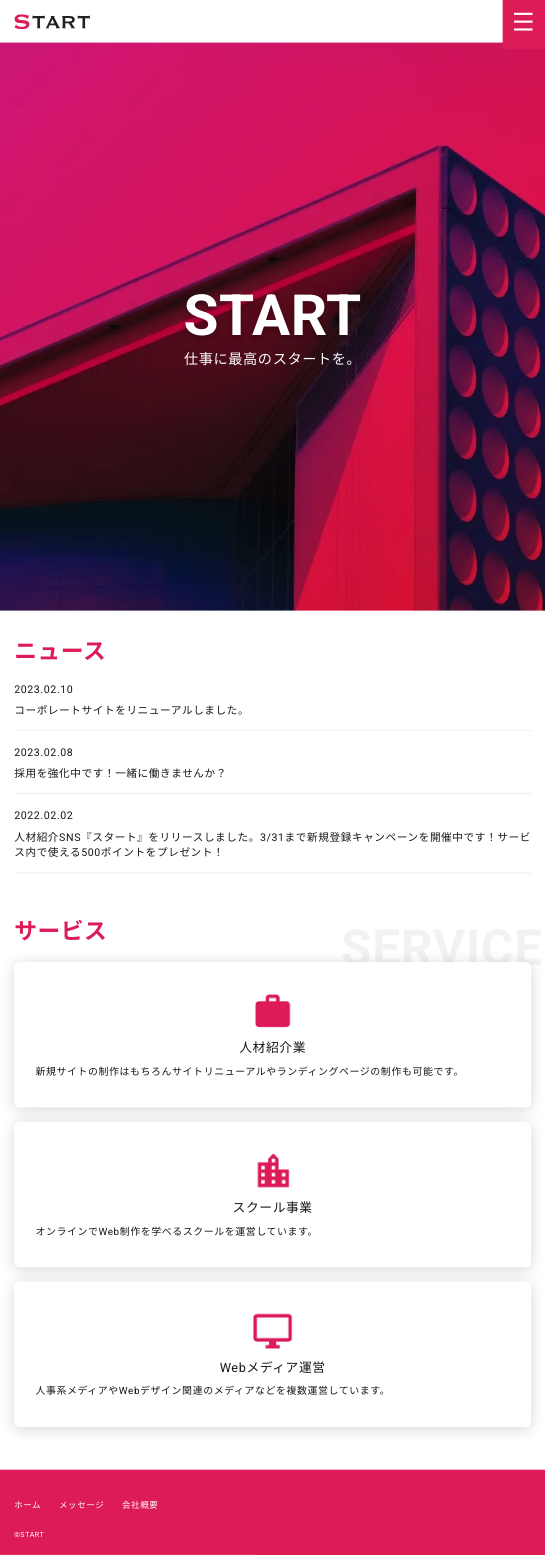
Repository: tetishi/tetishi.github.io
Page: index.html
An editor plug-in stored every save of this project. The page is shown before and after the next save, followed by the edit.
The browser window is 768 px wide. The pictures show the whole page, at 71% of full size.

Above is the page before, as saved 2023-07-02 21:51:03.

After the next save:
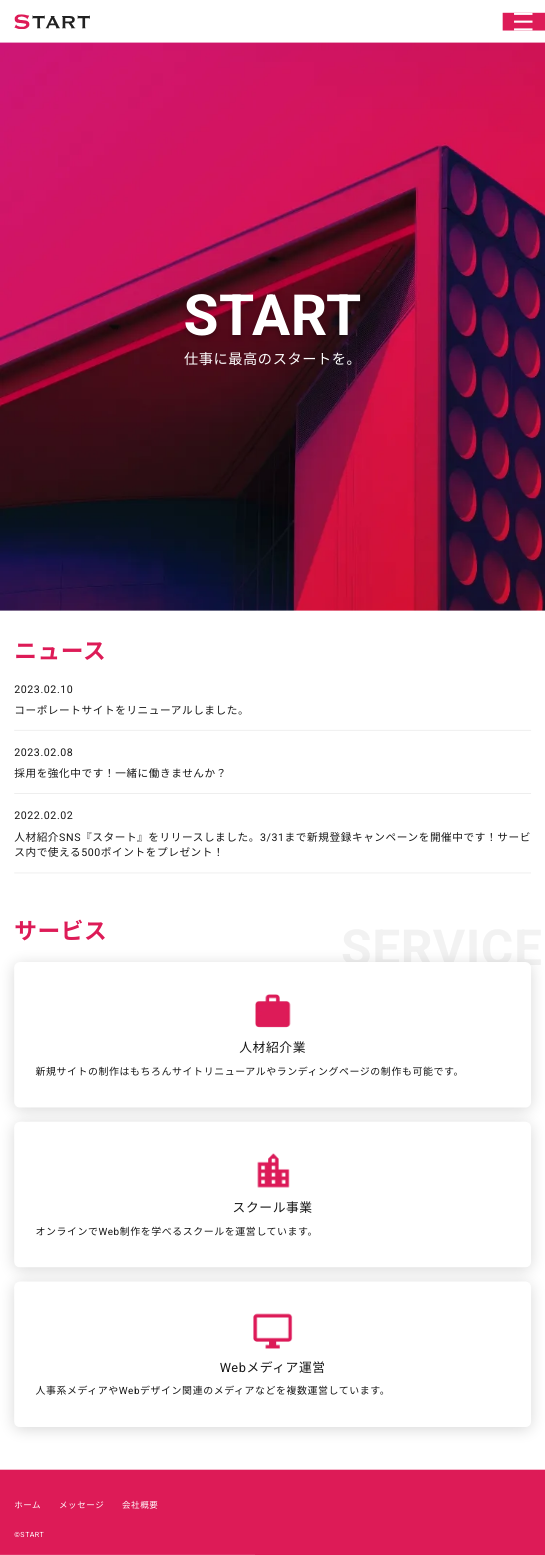
Saved 80 s later.
--- a/css/style.css
+++ b/css/style.css
@@ -238,7 +238,7 @@ small {
     .hamburger-btn {
         display: block;
         background-color: #DD1B57;
-        padding: 26px 16px;
+        padding: 0px 16px;
         width: 60px;
     }
     .hamburger-btn .bar {
